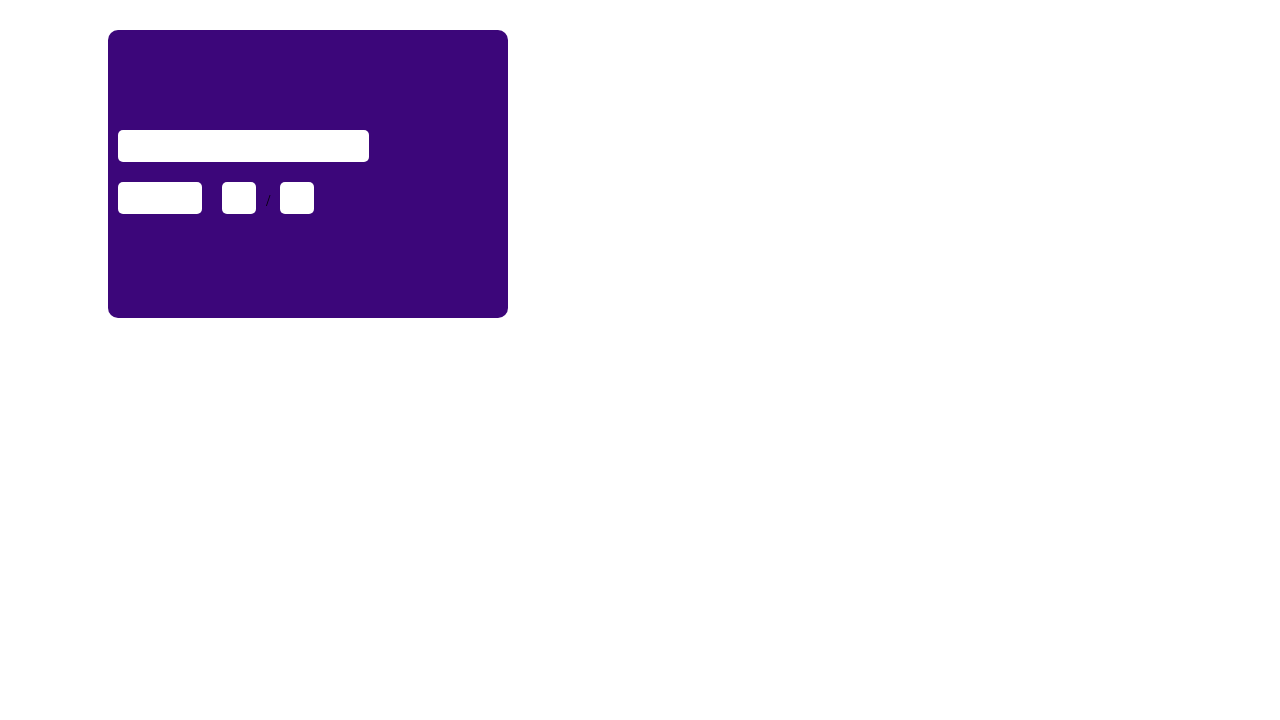
Repository: Abhi2359/frontendchallenge-1
Page: /
An editor plug-in stored every save of this project. The page is shown before and after a run of saves, followed by the edit.
The browser window is 1280 px wide. The pictures show the whole page.
The project was rebuilt for these pictures with package versions that can differ from the ones it lists, and the page was loaded fresh each time.

Above is the page before, as saved 2023-02-15 20:05:28.

### src/App.js


import Card1 from "./components/Cards/Card1";
import Layout from "./components/Layout/Layout";


function App() {
  return (
    <div className="App">


    {/*
      <Layout/>


    */}
    <Card1/>

    </div>
  );
}

export default App;

### src/components/Cards/Card1.js
import React from "react";
import style from "./Card1.css";

function Card1({ cardNumber, cardHolderName, expMonth, expYear }) {
  return (
    <>
      <div className="card1">
        <div class="cardinput">
          <div class="_card__number">
            <input type="text" value={cardNumber} readOnly id="input" />
          </div>
          <div class="_card__details">
            <input type="text" value={cardHolderName} readOnly id="input" />
            <div class="expiry">
              <input type="text" value={expMonth} readOnly id="input" />
              <div class="slash">/</div>
              <input type="text" value={expYear} readOnly id="input"/>
            </div>
          </div>
        </div>
      </div>
    </>
  );
}

export default Card1;

### src/components/Cards/Card1.css
.card1 {
  background: rgb(60,6,122);

  height: 40vh;
  width: 400px;
  border-radius: 10px;
  margin-left: 10px;

  margin-top: 20px;
}

.card1 input {
  margin: 10px;
}

._card__details {
  display: flex;
  border: none;
  background-color: transparent;
  color: transparent;
  text-shadow: 0 0 0 #000;
}

._card__details input {
  width: 80px;
}

.cardinput {
  margin-top: 30px;
}

.expiry {
  display: flex;
  justify-content: space-between;
}
.expiry input {
  width: 30px;
}

#input {
  border: none;
  /* background-color: transparent; */
  /* color: transparent; */
  text-shadow: 0 0 0 #000;
  border-radius: 5px;
  height: 30px;
}

.slash {
  display: inline-block;
  padding-top: 20px;
}
._card__number input {
  margin-top: 100px;
  font-size: larger;
  max-width: 300px;
}

### src/components/Layout/layout.css
.layout{

    margin: 0;
    padding: 0;
    height: 100vh;
}
.partitions
{
    height: 100%;
display: flex;
flex-wrap: wrap;
flex-direction: row;
justify-content: space-between;
}

.partition1{
   background-color: aqua;

height: 100vh;
flex-grow: 1;
color: white;
width: 40%;

}

.partition2{
background-color: rgb(243, 242, 242);
 height: 100vh;
flex-grow: 8;
display: flex;
align-items: center;
justify-content: center;
}

.Form{
    margin-left: 80px;

}

.Form input{
    margin: 5px;
    height: 35px;
    margin-top: 10px;
    margin-bottom: 20px;

}

.card_holder{
    width: 300px;
    border: 1px solid gray;
    border-radius: 5px;
}
.card_number{
    width: 300px;
    border: 1px solid gray;
    border-radius: 5px;
}
label{
    font-size: 12px;
    font-weight: bold;
    padding-left: 10px;
}



.cvc{
    margin-left: 40px;
}

.number{
    width: 60px;
    border: 1px solid gray;
    border-radius: 5px;
}
#cvc{
    width: 140px;
    border: 1px solid gray;
    border-radius: 5px;
}
.button{
    width: 300px;
    margin-left: 10px;
    background-color: black;

    color: white;
    height: 40px;
    border-radius: 5px;
 }

.partitiion1 ,h1{
margin-left: 100px;
}

.card1{
    margin-top: 20px;
    margin-left: 100px;

}

.card2{
    margin-top: 20px;
    margin-left: 80px;
}

### src/components/Layout/Layout.js
import React, { useState } from "react";


import Card1 from "../Cards/Card1";
import Card2 from "../Cards/Card2";
import style from "./layout.css";


function Layout() {
  const [cardHolderName, setCardHolderName] = useState("");
  const [cardNumber, setCardNumber] = useState("");
  const [expMonth, setExpMonth] = useState("");
  const [expYear, setExpYear] = useState("");
  const [cvc, setCvc] = useState("");



  const handleInputChange = (e) => {
    setCardNumber(e.target.value);
  };
  const handleCardHolderName = (e) => {
    setCardHolderName(e.target.value);
  };
  const handleExpMonth = (e) => {
    setExpMonth(e.target.value);
  };
  const handleExpYear = (e) => {
    setExpYear(e.target.value);
  };
  const handleCvc = (e) => {
    setCvc(e.target.value);
  };
  return (
    <>

      <div class="layout">
        <div class="partitions">
          <div class="partition1">
            <div class="card1">
              <Card1
                cardNumber={cardNumber}
                cardHolderName={cardHolderName}
                expMonth={expMonth}
                expYear={expYear}
              />
            </div>
            <div class="card2">
              <Card2 cvc={cvc} />
            </div>
          </div>

          <div class="partition2">

            <form action="" className="Form">
              <label for="Username">CARD HOLDER NAME</label> <br />
              <input
                value={cardHolderName}
                onChange={handleCardHolderName}
                className="card_holder"
                type="text"
                id="username"
                name="username"
                placeholder=" e.g Abhishek Kumar"
              required
              />
              <br />
              <label for="number">CARD NUMBER</label> <br />
              <input
                value={cardNumber}
                onChange={handleInputChange}
                className="card_number"
                pattern="[0-9]{4}-[0-9]{4}-[0-9]{4}"
                type="text"
                id="number"
                name="number"
                placeholder=" e.g 1234 5678 9123 0000"
              required
              />{" "}
              <br />
              <div className="exp_date">
                <label for="number">EXP. DATE (MM/YY)</label>
                <label for="number" className="cvc">
                  CVC
                </label>
                <div className="exp_date_input">
                  <input
                    value={expMonth}
                    onChange={handleExpMonth}
                    type="text"
                    id="number"
                    name="number"
                    placeholder="  MM"
                  required
                    className="number"
                  />
                  <input
                    value={expYear}
                    onChange={handleExpYear}
                    type="text"
                    id="number"
                    name="number"
                    placeholder="  YY"
                    required
                    className="number"
                  />
                  <input
                    value={cvc}
                    onChange={handleCvc}
                    type="text"
                    id="cvc"
                    name="number"
                    placeholder="  e.g 123"
                  required
                    className="number"
                  />
                </div>
                <button className="button">Confirm</button>
              </div>
            </form>

          </div>
        </div>
      </div>


    </>
  );
}

export default Layout;

### src/components/Cards/Card2.js
import React from "react";
import style from "./Card2.css";

function Card2({cvc}) {
  return (
    <>
      <div className="card2">
        <div class="_card__number2">

          <input type="text" value={cvc} readOnly className="card2_input" placeholder="000" />
        </div>
      </div>
    </>
  );
}

export default Card2;

### src/components/Cards/Card2.css
.card2{
    background: rgb(60,6,122);
    background: linear-gradient(121deg, rgba(60,6,122,1) 14%, rgba(182,21,151,1) 40%, rgba(83,98,225,1) 78%);
    height: 40vh;
    width: 70%;
    border-radius: 10px;


    margin-top: 20px;


}


._card__number2 input{
    margin-top: 100px;
    height: 30px;
width: 300px;
}

 .card2_input{
    height: 30px;
    width: 100px;
    border-radius: 5px;
    background-color: rgb(157, 155, 155);
    color: white;
}

.bg_black{
    background-color: black;
    color: black;
    height: 30px;
    margin-top: 30px;

}

Loaded but not shown: public/index.html (common file); src/index.js (common file)

After the next 2 saves:
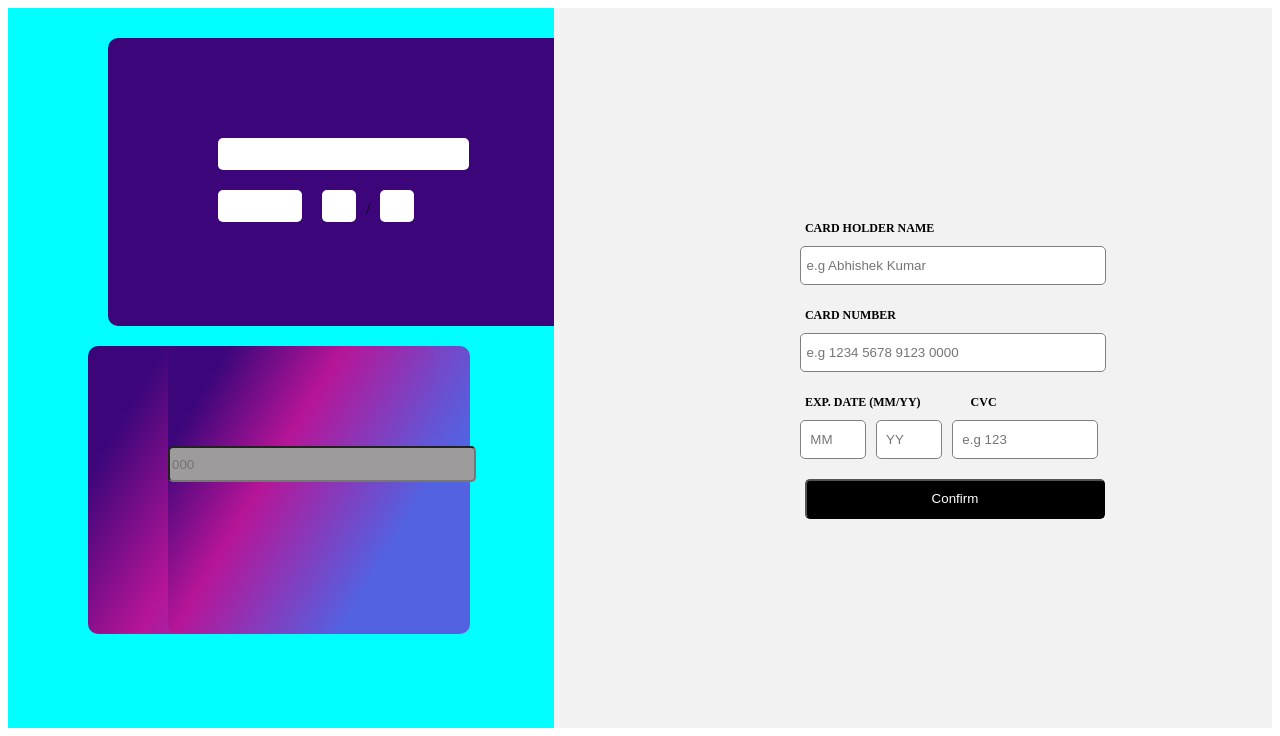
The 2 saves are shown as one change because they came seconds apart.
The last was saved 26 s later.
--- a/src/App.js
+++ b/src/App.js
@@ -9,12 +9,12 @@ function App() {
     <div className="App">
 
 
+      <Layout/>
     {/*
-      <Layout/>
 
 
+    <Card1/>
     */}
-    <Card1/>
 
     </div>
   );
